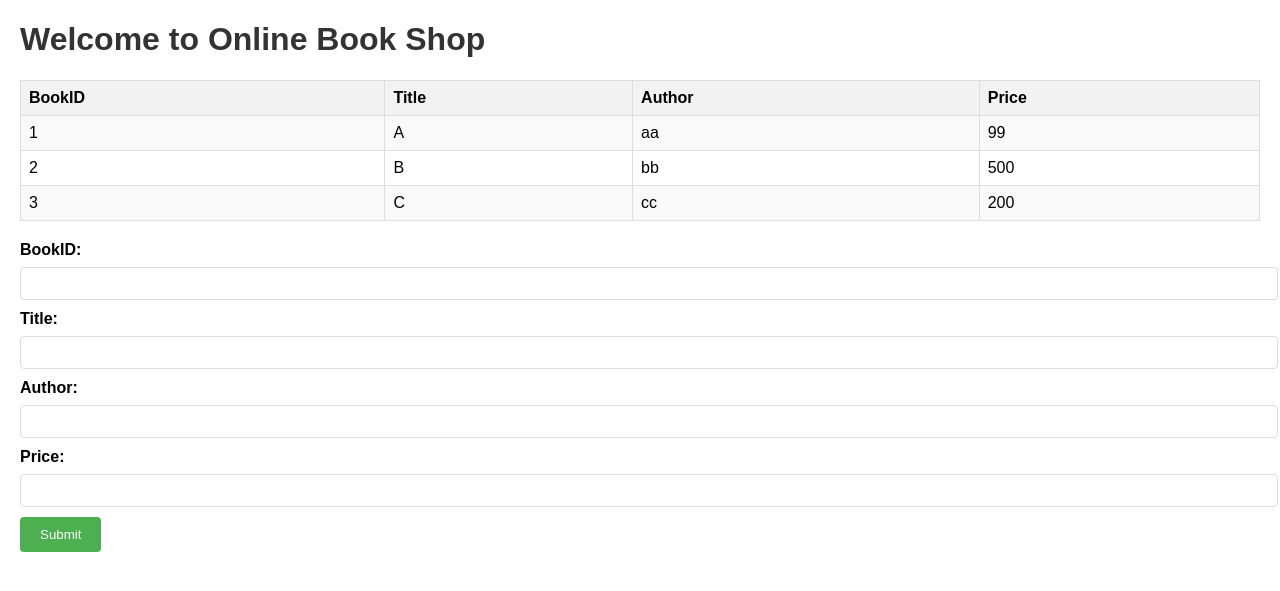
Repository: poojithagujjula/test_on_27
Page: shop/src/main/resources/static/index.html
The author's editor kept a copy of each file at every save. The page is drawn from the files as they stood at one save, then again after the next save.
The browser window is 1280 px wide. The pictures show the whole page.

Above is the page before, as saved 2025-02-26 11:45:44.

After the next save:
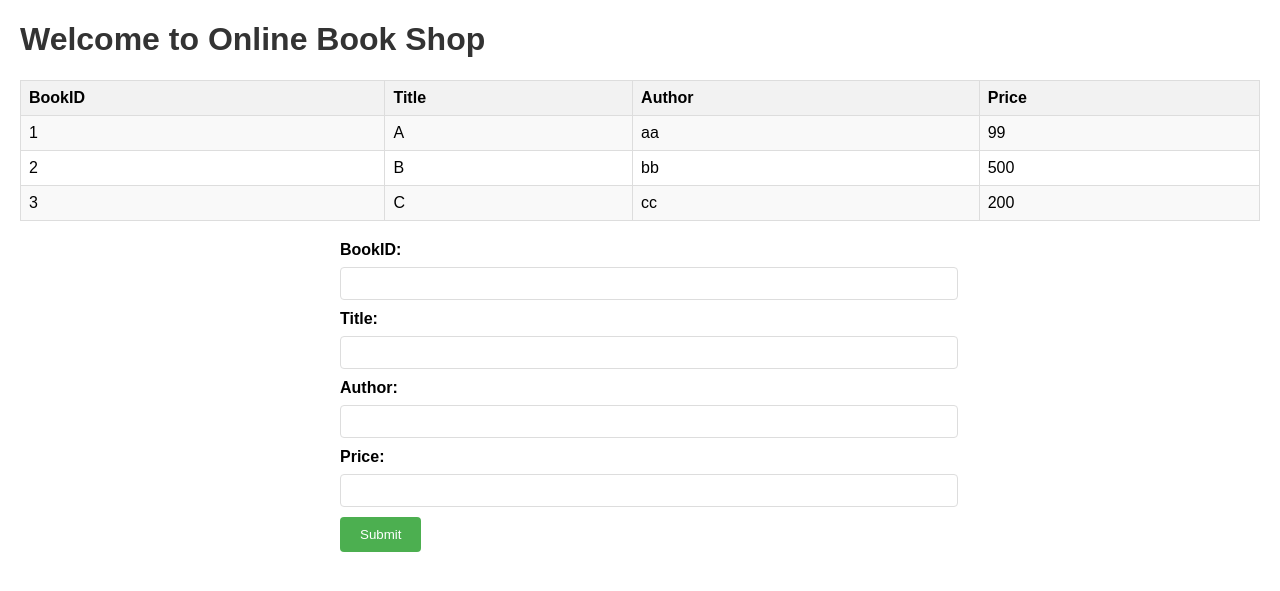
Saved 48 s later.
--- a/shop/src/main/resources/static/index.html
+++ b/shop/src/main/resources/static/index.html
@@ -96,8 +96,7 @@
         tr:nth-child(even) {
             background-color: #f9f9f9;
         }
-        #f1f1f1;
-        }
+
         form {
             max-width: 600px;
             margin: 0 auto;
